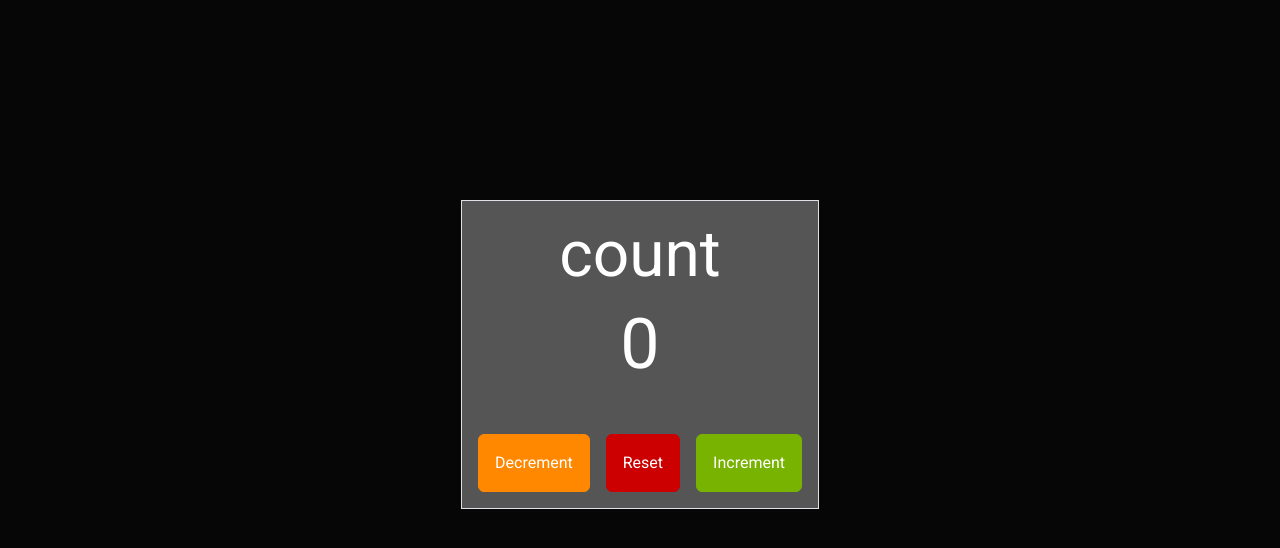
Repository: Afraz13/Emoboo
Page: /
These files come from the project's save history. The page is drawn as it stood at one moment and after a run of saves; the edit follows.
The browser window is 1280 px wide. The pictures show the whole page.
The project was rebuilt for these pictures with package versions that can differ from the ones it lists, and the page was loaded fresh each time.

Above is the page before, as saved 2024-08-15 16:05:41.

### src/index.js
import React from 'react';
import ReactDOM from 'react-dom/client';
import './index.css';
import App from './App';
import '../src/bootstrap.min (5).css'
import { Provider } from 'react-redux';
import { store } from './Redux/store';


const root = ReactDOM.createRoot(document.getElementById('root'));
root.render(
  <React.StrictMode>
    <Provider store={store}> <App /></Provider>
  </React.StrictMode>
);

### src/App.js

import './App.css';
import Counter from './compontent/Counter'

function App() {
  return (
    <div className="App">

      <Counter/>
    </div>
  );
}

export default App;

### src/Redux/store.js
import { configureStore } from "@reduxjs/toolkit";
import counterSlice from "./counterSlice";


export const store = configureStore({

    reducer:{

        counter:counterSlice
    }
})

### src/compontent/Counter.jsx
import React from 'react'
import { useDispatch, useSelector } from 'react-redux'
import { decrement, increment, reset } from '../Redux/counterSlice'

function Counter() {

    const dispatch = useDispatch()

    const count = useSelector((state)=>state.counter.value)
  return (
    <div style={{marginTop:'200px'}} className='d-flex justify-content-center align-items-center w-100  flex-column   '>
        <div className='border p-3 bg-secondary '>
            <h1>count</h1>
        <h1 style={{fontSize:'70px'}}>{count}</h1>
        <div className='mt-5'>
            <button onClick={()=>dispatch(decrement())} className='btn btn-warning p-3'>Decrement</button>
            <button onClick={()=>dispatch(reset())} className='btn btn-danger p-3 ms-3'>Reset</button>
            <button onClick={()=>dispatch(increment())} className='btn btn-success p-3 ms-3'>Increment</button>

        </div>
        </div>

    </div>
  )
}

export default Counter

### src/Redux/counterSlice.js
import { createSlice } from "@reduxjs/toolkit";



 export const counterSlice = createSlice({
    name:'counterApp',
    initialState:{
        value:0
    },
    // actions are create inside the reducers key as object

    reducers:{
        increment:(state)=>{

            state.value +=1
        },
        decrement:(state)=>{
            state.value -=1
        },
        reset:(state)=>{
            state.value =0
        }
    }
 })
 export const {increment,decrement,reset} = counterSlice.actions

 export default counterSlice.reducer

Loaded but not shown: public/index.html (common file); src/index.css (common file); src/bootstrap.min (5).css (library); src/App.css (common file)

After the next 2 saves:
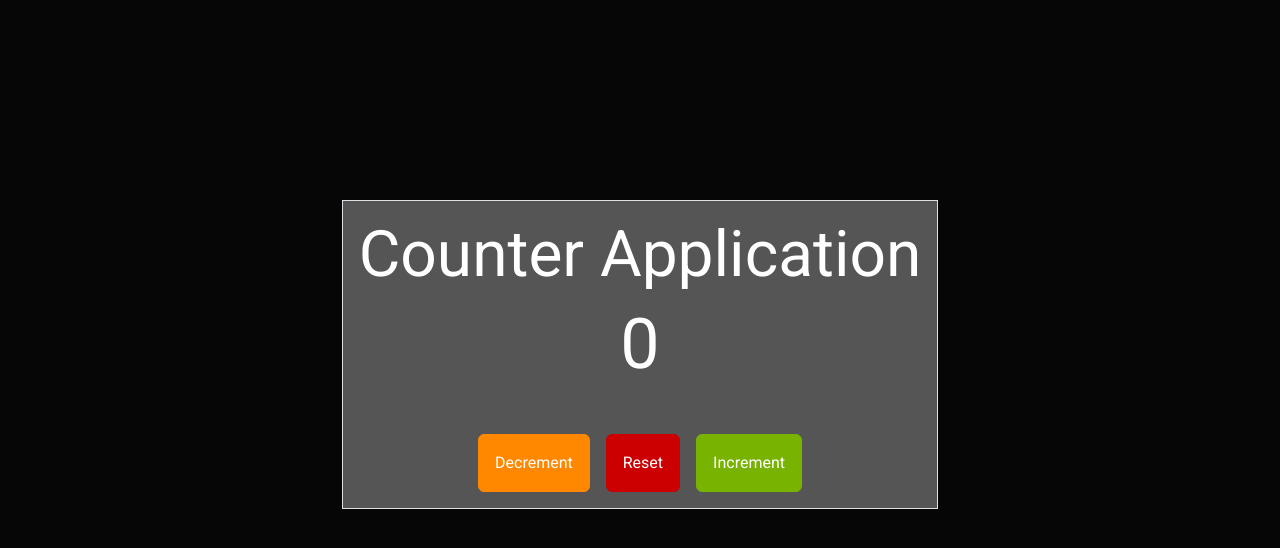
The 2 saves are shown as one change because they came seconds apart.
The last was saved 9 s later.
--- a/src/compontent/Counter.jsx
+++ b/src/compontent/Counter.jsx
@@ -10,7 +10,7 @@ function Counter() {
   return (
     <div style={{marginTop:'200px'}} className='d-flex justify-content-center align-items-center w-100  flex-column   '>
         <div className='border p-3 bg-secondary '>
-            <h1>count</h1>
+            <h1>Counter Application</h1>
         <h1 style={{fontSize:'70px'}}>{count}</h1>
         <div className='mt-5'>
             <button onClick={()=>dispatch(decrement())} className='btn btn-warning p-3'>Decrement</button>
